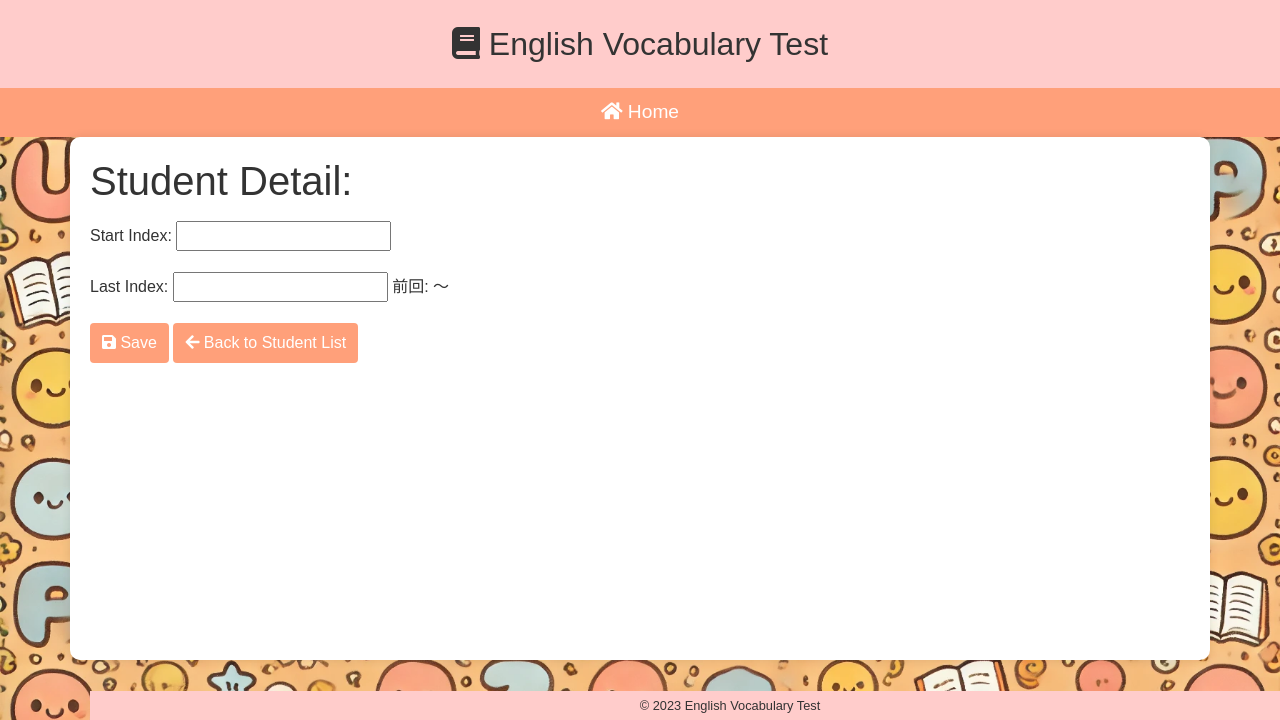
Repository: YamatoGH/testapp
Page: testapp/templates/testapp/student_detail.html
An editor plug-in stored every save of this project. The page is shown before and after the next save, followed by the edit.
The browser window is 1280 px wide. The pictures show the whole page.
The page is served by the project's application, run on Django 5.2 (manage.py). Other server files are loaded and not shown. The template is opened directly, without the code that normally fills it, so the values that code supplies are empty.

Above is the page before, as saved 2024-07-29 13:28:47.

### testapp/templates/testapp/student_detail.html
{% extends "testapp/base.html" %}

{% block title %}Student Detail{% endblock %}

{% block content %}
<h1>Student Detail: {{ student.name }}</h1>
<form method="post">
    {% csrf_token %}
    <div class="form-group">
        {{ form.name.label_tag }}{{ form.name }}
    </div>
    <div class="form-group">
        {{ form.test_group.label_tag }}{{ form.test_group }}
    </div>
    <div class="form-group">
        {{ form.current_test.label_tag }}{{ form.current_test }}
    <div class="form-group">
        <label for="id_start_index">Start Index:</label>
        <input type="number" name="start_index" id="id_start_index" value="{{ form.start_index.value }}" >
    </div>
    <div class="form-group">
        <label for="id_last_index">Last Index:</label>
        <input type="number" name="last_index" id="id_last_index" value="{{ form.last_index.value }}" >
        <span>前回: {{ student.start_index }}～{{student.last_index}}</span>
    </div>
    <div class="form-group">
        {{ form.notes.label_tag }}{{ form.notes }}
    </div>
    <button type="submit" class="btn btn-custom"><i class="fas fa-save"></i> Save</button>
</form>
<a href="{% url 'student_list' %}" class="btn btn-custom"><i class="fas fa-arrow-left"></i> Back to Student List</a>
{% endblock %}

### testapp/templates/testapp/base.html
<!DOCTYPE html>
<html>
<head>
    {% load static %}
    <title>{% block title %}English Vocabulary Test{% endblock %}</title>
    <link rel="stylesheet" href="https://stackpath.bootstrapcdn.com/bootstrap/4.3.1/css/bootstrap.min.css">
    <link rel="stylesheet" href="https://cdnjs.cloudflare.com/ajax/libs/font-awesome/5.15.3/css/all.min.css">
    <link rel="stylesheet" type="text/css" href="{% static 'testapp/css/style.css' %}">
</head>
<body>
    <header>
        <i class="fas fa-book"></i> English Vocabulary Test
    </header>
    <nav>
        <a href="{% url 'home' %}"><i class="fas fa-home"></i> Home</a>
    </nav>
    <div class="container">
        {% block content %}{% endblock %}
    </div>
    <footer>
        &copy; 2023 English Vocabulary Test
    </footer>
</body>
<script>
    document.addEventListener("DOMContentLoaded", function() {
        var coll = document.getElementsByClassName("collapsible");
        for (var i = 0; i < coll.length; i++) {
            coll[i].addEventListener("click", function() {
                this.classList.toggle("active");
                var content = this.nextElementSibling;
                if (content.style.display === "block") {
                    content.style.display = "none";
                } else {
                    content.style.display = "block";
                }
            });
        }
    });
</script>
</html>

### vocab_test/urls.py
"""
URL configuration for vocab_test project.

The `urlpatterns` list routes URLs to views. For more information please see:
    https://docs.djangoproject.com/en/5.0/topics/http/urls/
Examples:
Function views
    1. Add an import:  from my_app import views
    2. Add a URL to urlpatterns:  path('', views.home, name='home')
Class-based views
    1. Add an import:  from other_app.views import Home
    2. Add a URL to urlpatterns:  path('', Home.as_view(), name='home')
Including another URLconf
    1. Import the include() function: from django.urls import include, path
    2. Add a URL to urlpatterns:  path('blog/', include('blog.urls'))
"""
from django.contrib import admin
from django.urls import include, path
from django.conf import settings
from django.conf.urls.static import static

urlpatterns = [
    path('admin/', admin.site.urls),
    path('', include('testapp.urls')),
]+ static(settings.MEDIA_URL, document_root=settings.MEDIA_ROOT)

### testapp/urls.py
from django.urls import path
from . import views

urlpatterns = [
    path('', views.home, name='home'),
    path('create-test/', views.create_test, name='create_test'),
    path('test/<int:pk>/', views.test_detail, name='test_detail'),
    path('print-test/<int:pk>/<int:start_index>/<int:end_index>/<str:shuffle>/', views.print_test, name='print_test'),
    path('print-test-with-answers/<int:pk>/<int:start_index>/<int:end_index>/<str:shuffle>/', views.print_test_with_answers, name='print_test_with_answers'),
    path('add-student/', views.add_student, name='add_student'),
    path('students/', views.student_list, name='student_list'),
    path('students/<int:pk>/', views.student_detail, name='student_detail'),
    path('group-tests/<int:pk>/', views.group_tests, name='group_tests'),
    path('all-tests/', views.all_tests, name='all_tests'),  # 追加
]

### testapp/static/testapp/css/style.css
body {
    font-family: 'Comic Sans MS', cursive, sans-serif;
    background-color: #f0f8ff;
    color: #333;
    margin: 0;
    padding: 0;
    background-image: url('/static/testapp/images/background.jpg');
    background-size: cover;
    background-repeat: no-repeat;
    background-attachment: fixed;
    display: flex;
    flex-direction: column;
    min-height: 100vh;
}

header {
    background-color: #ffcccb;
    padding: 20px;
    text-align: center;
    font-size: 2em;
    color: #333;
}

nav {
    background-color: #ffa07a;
    padding: 10px;
    text-align: center;
}

nav a {
    margin: 0 15px;
    color: #fff;
    text-decoration: none;
    font-size: 1.2em;
}

nav a:hover {
    text-decoration: underline;
}

.container {
    flex: 1;
    padding: 20px;
    background-color: rgba(255, 255, 255, 1.0);
    border-radius: 10px;
    box-shadow: 0 0 10px rgba(0, 0, 0, 0.1);
    margin-bottom: 60px;
}

footer {
    background-color: #ffcccb;
    padding: 5px;
    text-align: center;
    font-size: 0.8em;
    position: fixed;
    width: 100%;
    bottom: 0;
}

.btn-custom {
    background-color: #ffa07a;
    border: none;
    color: white;
    padding: 8px 12px !important; /* パディングを最小限に調整 */
    text-align: center;
    text-decoration: none;
    display: inline-block;
    font-size: 16px;
    margin: 0 !important; /* マージンをゼロに設定 */
    transition-duration: 0.4s;
    cursor: pointer;
}

.btn-custom:hover {
    background-color: white !important;
    color: black !important;
    border: 2px solid #ffa07a !important;
}

.collapsible {
    cursor: pointer;
    padding: 10px;
    width: 100%;
    border: none;
    text-align: center;
    outline: none;
    font-size: 1em;
}

.active, .collapsible:hover {
    background-color: #ddd;
}

.collapsible-content {
    display: none;
    overflow: hidden;
    padding: 0 10px;
}

.fixed-buttons {
    position: fixed !important;
    bottom: 29px !important;  /* フッターの上に配置 */
    right: 0px !important;
    display: flex !important;
    flex-direction: row !important;
    gap: 0 !important; /* gapをゼロに設定 */
    align-items: center !important;
    z-index: 1000 !important;
    padding: 0 !important; /* パディングを削除 */
}

.fixed-buttons .btn-custom {
    background-color: #007bff !important;
    color: white !important;
    padding: 8px 12px !important; /* パディングを最小限に調整 */
    border-radius: 5px !important;
    text-decoration: none !important;
    box-shadow: 0 2px 5px rgba(0,0,0,0.2) !important;
    transition: background-color 0.3s ease !important;
}

.fixed-buttons .btn-custom:hover {
    background-color: #0056b3 !important;
}

/* 各ボタンの余白をゼロに設定 */
.view-all-students-button,
.all-tests-button,
.create-test-button {
    margin: 0 !important;
}

After the next save:
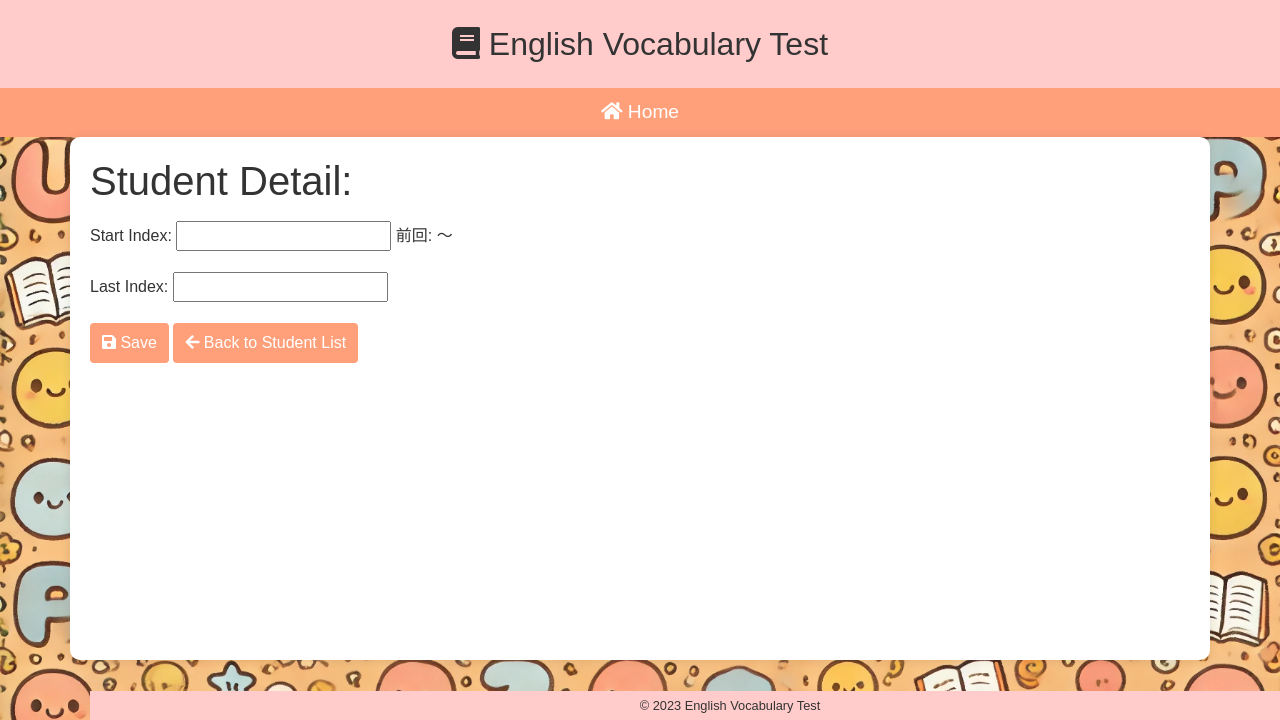
Saved 8 h 46 min later.
--- a/testapp/templates/testapp/student_detail.html
+++ b/testapp/templates/testapp/student_detail.html
@@ -17,11 +17,12 @@
     <div class="form-group">
         <label for="id_start_index">Start Index:</label>
         <input type="number" name="start_index" id="id_start_index" value="{{ form.start_index.value }}" >
+        <span>前回: {{ student.start_index }}～{{student.last_index}}</span>
     </div>
     <div class="form-group">
         <label for="id_last_index">Last Index:</label>
         <input type="number" name="last_index" id="id_last_index" value="{{ form.last_index.value }}" >
-        <span>前回: {{ student.start_index }}～{{student.last_index}}</span>
+
     </div>
     <div class="form-group">
         {{ form.notes.label_tag }}{{ form.notes }}
